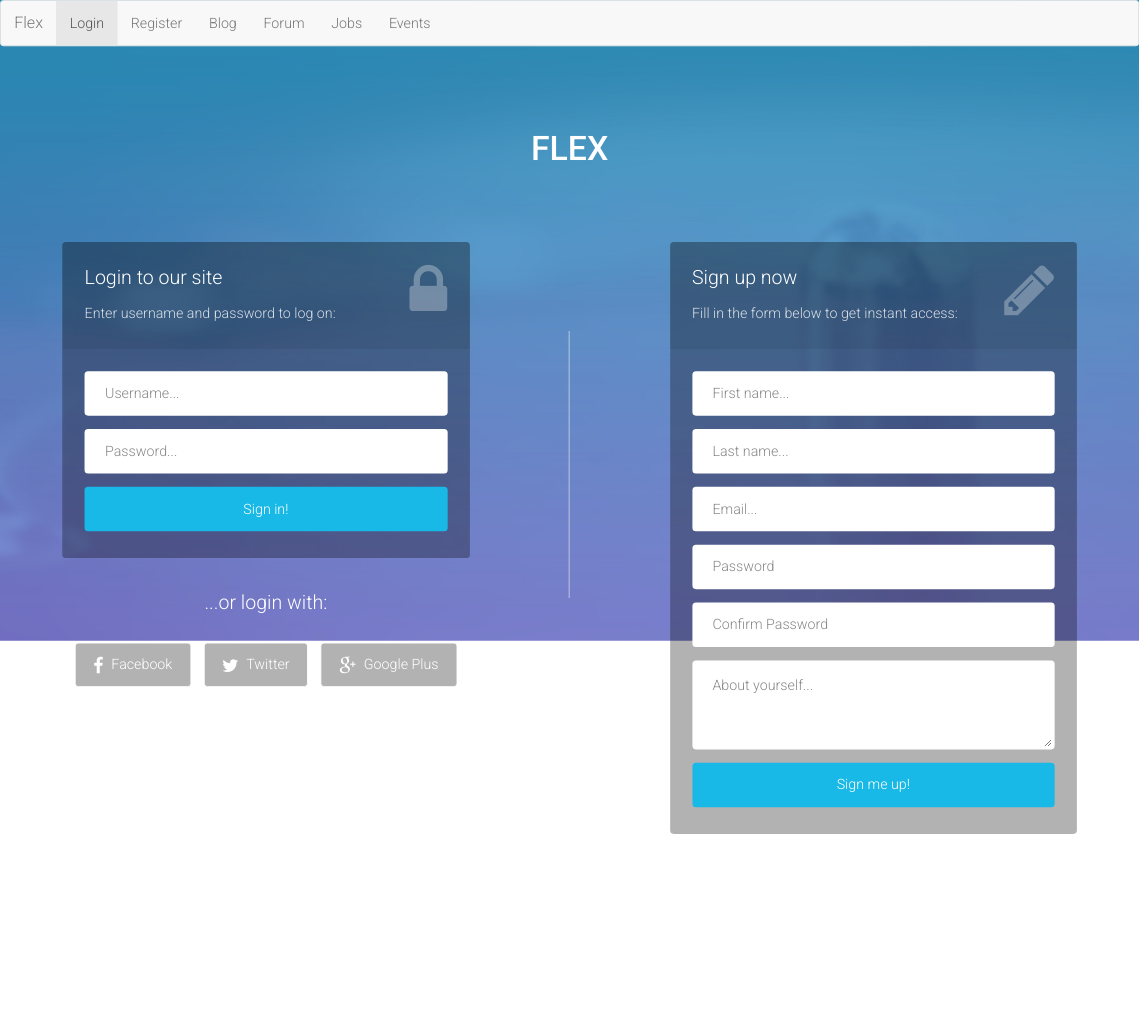
Repository: Angelamritha2012/Flex
Page: Collaboration/WebContent/index.html
These files come from the project's save history. The page is drawn as it stood at one moment and after the next save; the edit follows.
The browser window is 1280 px wide. The pictures show the whole page, at 89% of full size.
Some web libraries are served in a nearby version.

Above is the page before, as saved 2017-11-29 13:20:10.

After the next save:
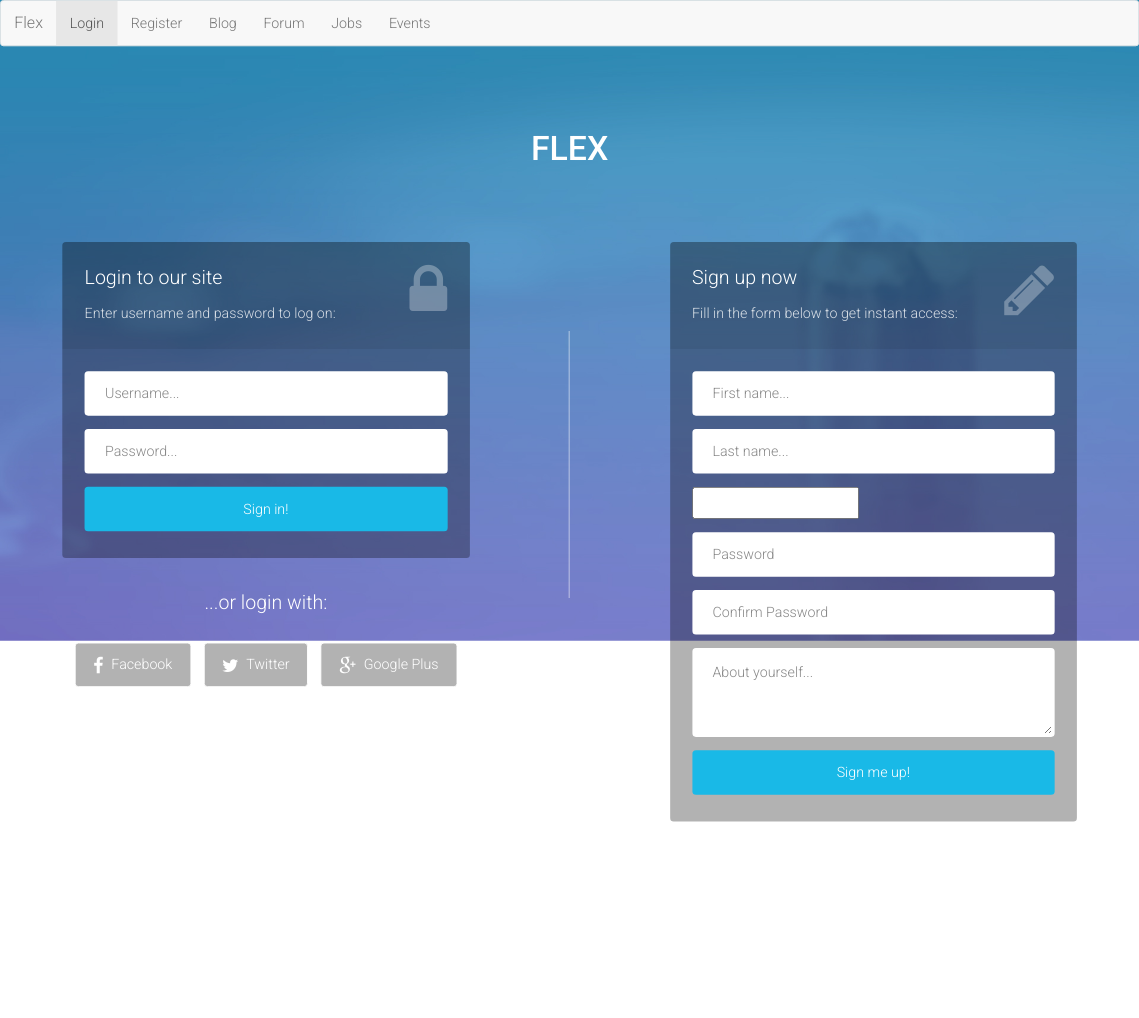
Saved 15 min 52 s later.
--- a/Collaboration/WebContent/index.html
+++ b/Collaboration/WebContent/index.html
@@ -140,11 +140,17 @@
 				                        	<input type="text" name="form-last-name" placeholder="Last name..." class="form-last-name form-control" id="form-last-name">
 				                        </div>
 				                        <div class="form-group">
-				                        	<label class="sr-only" for="form-email">Email</label>
+				                        	<!-- <label class="sr-only" for="form-email">Email</label>
 				                        	<input type="text" name="form-email" placeholder="Email..." class="form-email form-control" id="form-email">
 				                   <span ng-show="frm.email.$dirty && frm.email.$invalid">Email Address is not valid</span>
 
-				                        </div>
+				                        </div> -->
+				                        <input type="email" name="email" ng-model="email" required>
+<span style="color:red" ng-show="myForm.email.$dirty && myForm.email.$invalid">
+<span ng-show="myForm.email.$error.required">Email is required.</span>
+<span ng-show="myForm.email.$error.email">Invalid email address.</span>
+</span>
+</div>
 
 										<div class="form-group">
 				                        	<label class="sr-only" for="password">PassWord</label>
